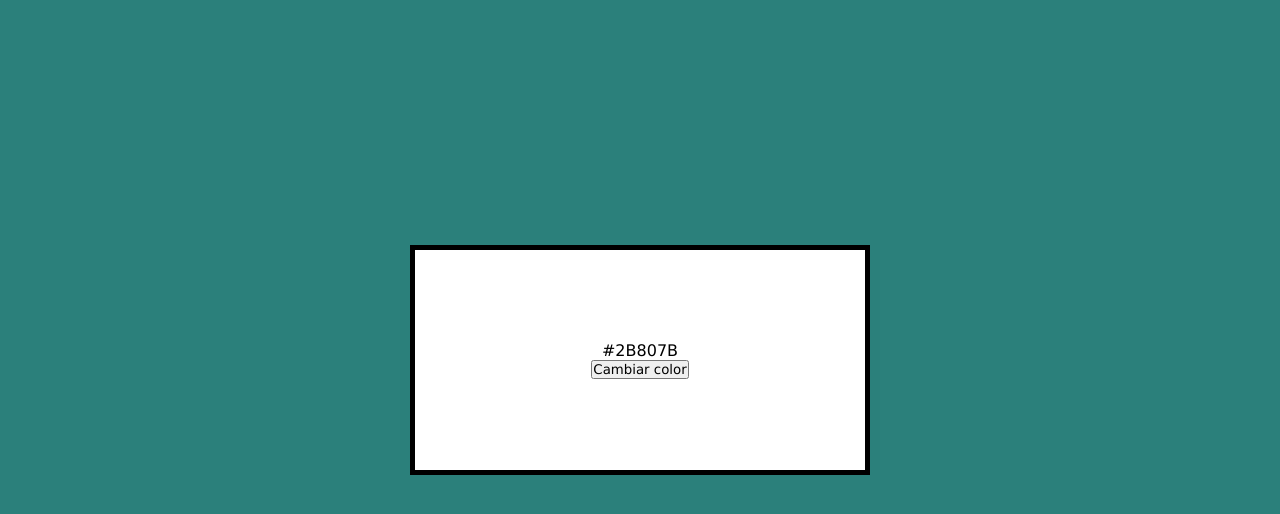
Repository: JoyMoGas/javascript-learn
Page: color-aleatorio/index.html
An editor plug-in stored every save of this project. The page is shown before and after the next save, followed by the edit.
The browser window is 1280 px wide. The pictures show the whole page.

Above is the page before, as saved 2024-05-09 15:44:27.

After the next save:
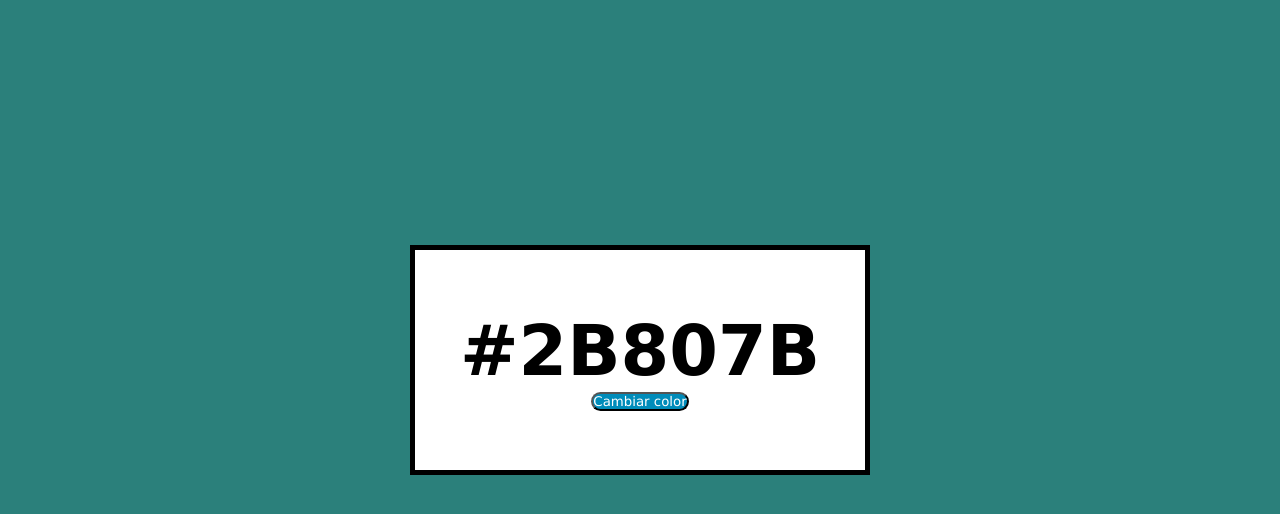
Saved 113 s later.
--- a/color-aleatorio/style.css
+++ b/color-aleatorio/style.css
@@ -28,3 +28,18 @@
     flex-wrap: wrap;
     flex-direction: column;
 }
+
+/* Texto */
+
+#color {
+    font-size: 70px;
+    font-weight: bold;
+}
+
+/* Boton */
+button {
+    font: 30px;
+    color: white;
+    border-radius: 20px;
+    background-color: #008CBA;
+}
